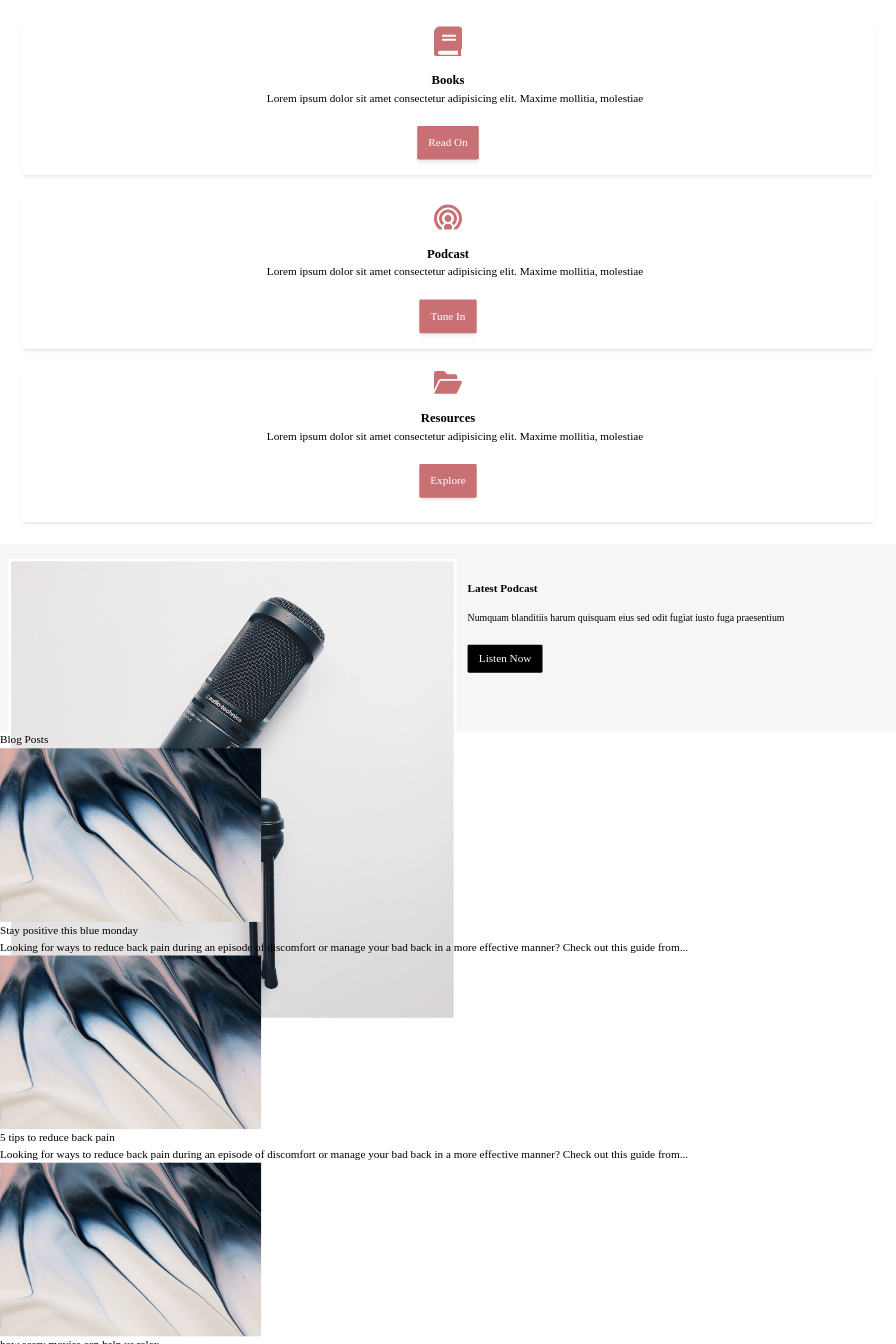
Repository: BrightonMboya/being-you
Page: /
The author's editor kept a copy of each file at every save. The page is drawn from the files as they stood at one save, then again after the next save.
The browser window is 1280 px wide. The pictures show the part of the page from y = 810 to 2730 px (the page is 2835 px tall before and 2943 px after), at 70% of full size.
The project was rebuilt for these pictures with package versions that can differ from the ones it lists, and the page was loaded fresh each time.

Above is the page before, as saved 2022-05-29 08:23:15.

### src/index.css
@tailwind base;
@tailwind components;
@tailwind utilities;

@layer base {
    html {
        font-family: Cormorant Garamond;
    }
}

### src/App.js
import React from "react";
import NavBar from './Components/Navbar/NavBar';
import HeroSection from "./Components/Hero-Section/HeroSection";
import About from "./Components/About/About"
import Explore from "./Components/Podcast/Explore";
import Podcast from "./Components/Podcast/Podcast";
import Blogs from "./Components/Blog/Blogs";

function App() {
  return (
    <React.Fragment>
     <NavBar/>
     <HeroSection/>
     <About/>
     <Explore/>
     <Podcast/>
     <Blogs/>
    </React.Fragment>
  );
}

export default App;

### src/Components/Navbar/NavBar.jsx
import React, { useState } from 'react'
import { Link } from 'react-scroll'
import logo from '../../assets/logo.png'
import { FaBars, FaTimes, FaInstagram, FaYoutube } from 'react-icons/fa'

const NavBar = () => {
  const [nav, setNav] = useState(false)
  const handleClick = () => setNav(!nav)
  return (
    <React.Fragment>
      <div className="flex items-center justify-between shadow-md">
        <div className="md:hidden">
          <img src={logo} alt="" className="object-cover w-28 h-28" />
        </div>

        {/* menu */}
        <ul className="hidden md:flex gap-[4vh] ml-[6vh] mt-4">
          <li className="mt-5">
            <Link to="home" smooth={true} duration={500}>
              Home
            </Link>
          </li>
          <li className="mt-5">
            <Link to="about" smooth={true} duration={500}>
              About
            </Link>
          </li>
          <li className="mt-5">
            <Link to="listen" smooth={true} duration={500}>
              Listen
            </Link>
          </li>
          <li className="mt-5">
            <Link to="read" smooth={true} duration={500}>
              Read
            </Link>
          </li>
          <li>
            <img src={logo} alt="" className="object-cover w-30 h-20" />
          </li>
          <li className="mt-5">
            <Link to="contact" smooth={true} duration={500}>
              Contact
            </Link>
          </li>
          <li className="mt-5">
            <FaInstagram className="" />
          </li>
          <li className="mt-5">
            <FaYoutube />
          </li>
        </ul>

        {/* Hamburger Menu */}
        <div className="md:hidden z-10" onClick={handleClick}>
          {!nav ? (
            <FaBars className="text-2xl w-full mr-8" />
          ) : (
            <FaTimes className="text-3xl  mr-3" />
          )}
        </div>

        {/* mobile menu */}
        <ul
          className={
            !nav
              ? 'hidden'
              : 'absolute top-0 left-0 w-full h-[60vh] flex flex-col justify-center items-center'
          }
        >
          <li className="text-2xl py-5">
            <Link onClick={handleClick} to="home" smooth={true} duration={500}>
              Home
            </Link>
          </li>
          <li className="text-2xl">
            <Link to="about" smooth={true} duration={500}>
              About
            </Link>
          </li>
          <li className="text-2xl">
            <Link to="listen" smooth={true} duration={500}>
              Listen
            </Link>
          </li>
          <li className="text-2xl">
            <Link to="read" smooth={true} duration={500}>
              Read
            </Link>
          </li>

          <li className="text-2xl">
            <Link to="contact" smooth={true} duration={500}>
              Contact
            </Link>
          </li>
        </ul>
      </div>
    </React.Fragment>
  )
}

export default NavBar

### src/Components/Hero-Section/HeroSection.jsx
import React from 'react'
import hero from '../../assets/hero.png'

const HeroSection = () => {
  return (
    <div
      style={{
        backgroundImage: `url(${hero})`,
        objectPosition: 'cover',
      }}
      className="object-cover bg-cover bg-no-repeat h-[30vh] md:h-[30vh]"
    >
      <div className="flex flex-col items-center justify-center pt-[7vh]">
        <h3 className="text-center text-lg text-white font-medium py-[3vh] md:text-4xl">
          Loving Self. Embracing life. Defining purpose
        </h3>

        <button className="bg-[#C87073] text-white mb-5 px-5 py-1 text-sm md:py-4 px-7 text-lg">
          Learn More
        </button>
      </div>
    </div>
  )
}

export default HeroSection

### src/Components/About/About.jsx
import React from "react";
import about from "../../assets/about.jpg";

const About = () => {
  return (
    <div className="flex flex-col justify-center items-center bg-[#F6F6F6]">
      <div className="py-6 md:grid grid-cols-3 gap-3">
        <div className="mt-6">
          <h3 className="text-center font-semibold">About</h3>
          <p className="text-center px-4 md:mt-3">
            "The Value of identity of course is that so often with it comes
            purpose.
          </p>
        </div>
        <img src={about} alt="" className="mt-6 px-8" />
        <p className="text-center px-3 text-sm mt-7 md:text-base">
          Lorem ipsum dolor sit amet consectetur adipisicing elit. Maxime
          mollitia, molestiae vel sint commodi repudiand consequuntur voluptatum
            <br/>
          blanditiis harum quisquam eius sed odit fugiat iusto fuga praesenti
          optio, eaque rerum! Provident similique accusanti nemo autem.
        </p>
      </div>
    </div>
  );
};

export default About;

### src/Components/Podcast/Explore.jsx
import React from "react";
import ExploreCard from "./ExploreCard";
import book from "../../assets/book.svg";
import podcast from "../../assets/podcast.svg";
import resources from "../../assets/resources.svg";

const Explore = () => {
  return (
    <div className="mt-5">
      <h3 className="text-center font-semibold text-lg">Explore</h3>
      <div className="flex flex-col px-8">
        <ExploreCard
          image={book}
          title="Books"
          description="Lorem ipsum dolor sit amet consectetur adipisicing elit. Maxime mollitia, molestiae "
          action="Read On"
        />
        <ExploreCard
          image={podcast}
          title="Podcast"
          description="Lorem ipsum dolor sit amet consectetur adipisicing elit. Maxime mollitia, molestiae "
          action="Tune In"
        />
        <ExploreCard
          image={resources}
          title="Resources"
          description="Lorem ipsum dolor sit amet consectetur adipisicing elit. Maxime mollitia, molestiae "
          action="Explore"
        />

      </div>
    </div>
  );
};

export default Explore;

### src/Components/Podcast/Podcast.jsx
import React from "react";
import mic from "../../assets/mic.jpg";

const Podcast = () => {
  return (
    <div className="bg-[#F6F6F6] mt-8 h-[37vh]">
      <div className="grid grid-cols-2">
        <img
          src={mic}
          alt=""
          className="h-full w-25 object-cover ml-3  mt-5 border-4 border-white"
        />
        <div className="mt-[7vh] ml-7">
          <h3 className="font-semibold">Latest Podcast</h3>
          <p className="text-sm mr-5 mt-5">
            Numquam blanditiis harum quisquam eius sed odit fugiat iusto fuga
            praesentium
          </p>

          <button className="mt-7 bg-black text-white px-4 py-2 rounded-sm shadow-mdF">
            Listen Now
          </button>
        </div>
      </div>
    </div>
  );
};

export default Podcast;

### src/Components/Blog/Blogs.jsx
import React from "react";
import BlogCard from "./BlogCard";
import blog from "../../assets/blog.png";

const Blogs = () => {
  return (
    <div>
      <div>
        <h3>Blog Posts</h3>
        <div>
          <BlogCard
            image={blog}
            title="Stay positive this blue monday"
            description="Looking for ways to reduce back pain during an episode of
            discomfort or manage your bad back in a more effective manner? Check out this guide from..."
          />
          <BlogCard
            image={blog}
            title="5 tips to reduce back pain"
            description="Looking for ways to reduce back pain during an episode of
            discomfort or manage your bad back in a more effective manner? Check out this guide from..."
          />
          <BlogCard
            image={blog}
            title="how scary movies can help us relax"
            description="ooking for ways to reduce back pain during an episode of
            discomfort or manage your bad back in a more effective manner? Check out this guide from..."
          />
        </div>

        <button className="mt-7 bg-[#C87073] text-white px-4 py-2 rounded-sm shadow-mdF">
            View All Blogs
          </button>
      </div>
    </div>
  );
};

export default Blogs;

### src/Components/Podcast/ExploreCard.jsx
import React from "react";

const ExploreCard = (props) => {
  return (
    <div className="mt-8">
      <div className="flex flex-col items-center shadow-md h-[30vh]">
        <img src={props.image} alt="" />
        <h3 className="mt-5 font-semibold text-lg">{props.title}</h3>
        <p className="ml-5">{props.description}</p>

        <button className="mt-7 bg-[#C87073] text-white px-4 py-3 rounded-sm shadow-md">{props.action}</button>
      </div>
    </div>
  );
};

export default ExploreCard;

### src/Components/Blog/BlogCard.jsx
import React from 'react'

const BlogCard = (props) => {
  return (
    <div>
        <div>
            <img src={props.image} alt="" />
            <h3>{props.title}</h3>
            <p>{props.description}</p>
        </div>
    </div>
  )
}

export default BlogCard

Loaded but not shown: public/index.html (common file); src/index.js (common file); tailwind.config.js (common file)

After the next save:
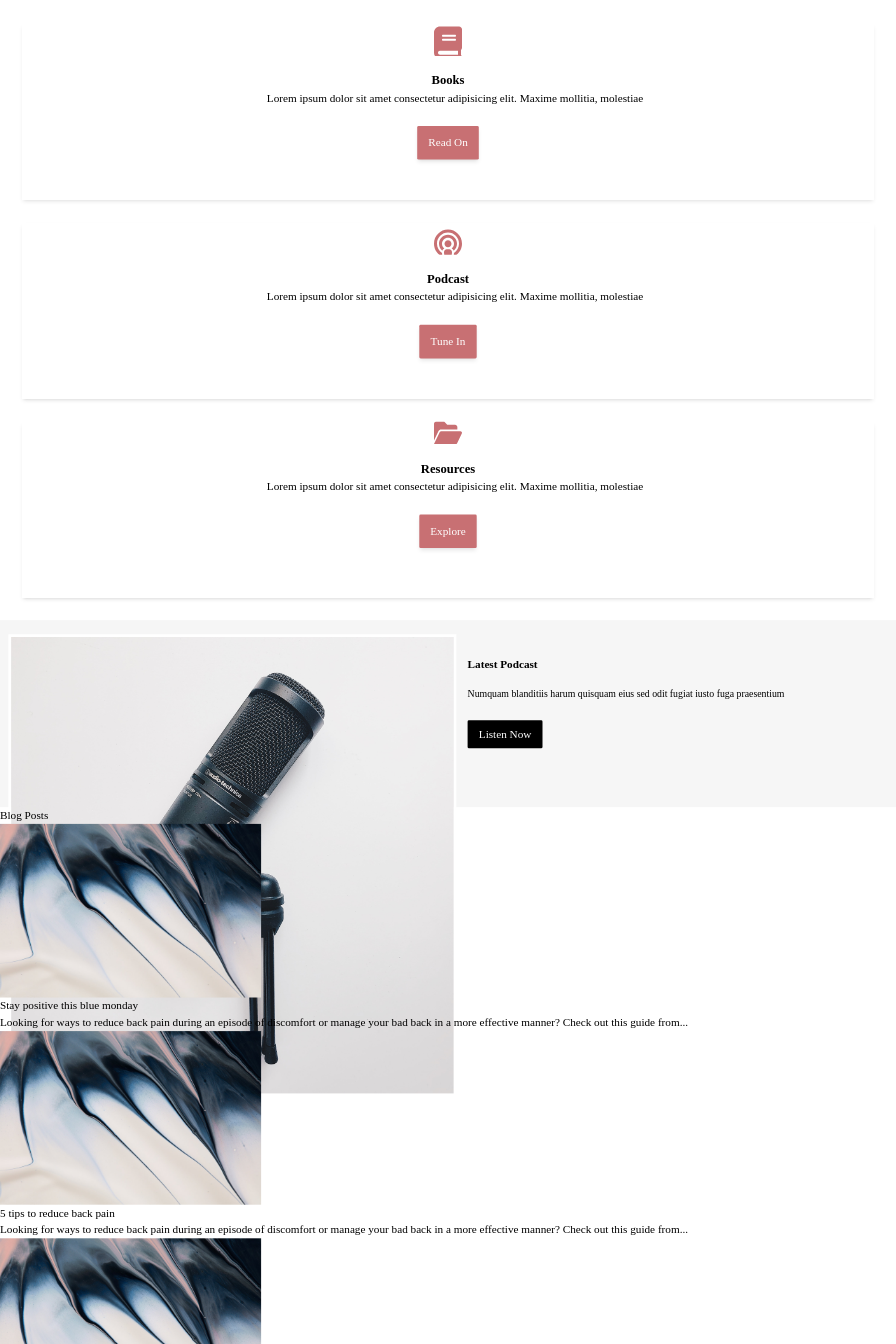
Saved 5 s later.
--- a/src/Components/Podcast/ExploreCard.jsx
+++ b/src/Components/Podcast/ExploreCard.jsx
@@ -3,7 +3,7 @@ import React from "react";
 const ExploreCard = (props) => {
   return (
     <div className="mt-8">
-      <div className="flex flex-col items-center shadow-md h-[30vh]">
+      <div className="flex flex-col items-center shadow-md h-[35vh]">
         <img src={props.image} alt="" />
         <h3 className="mt-5 font-semibold text-lg">{props.title}</h3>
         <p className="ml-5">{props.description}</p>
